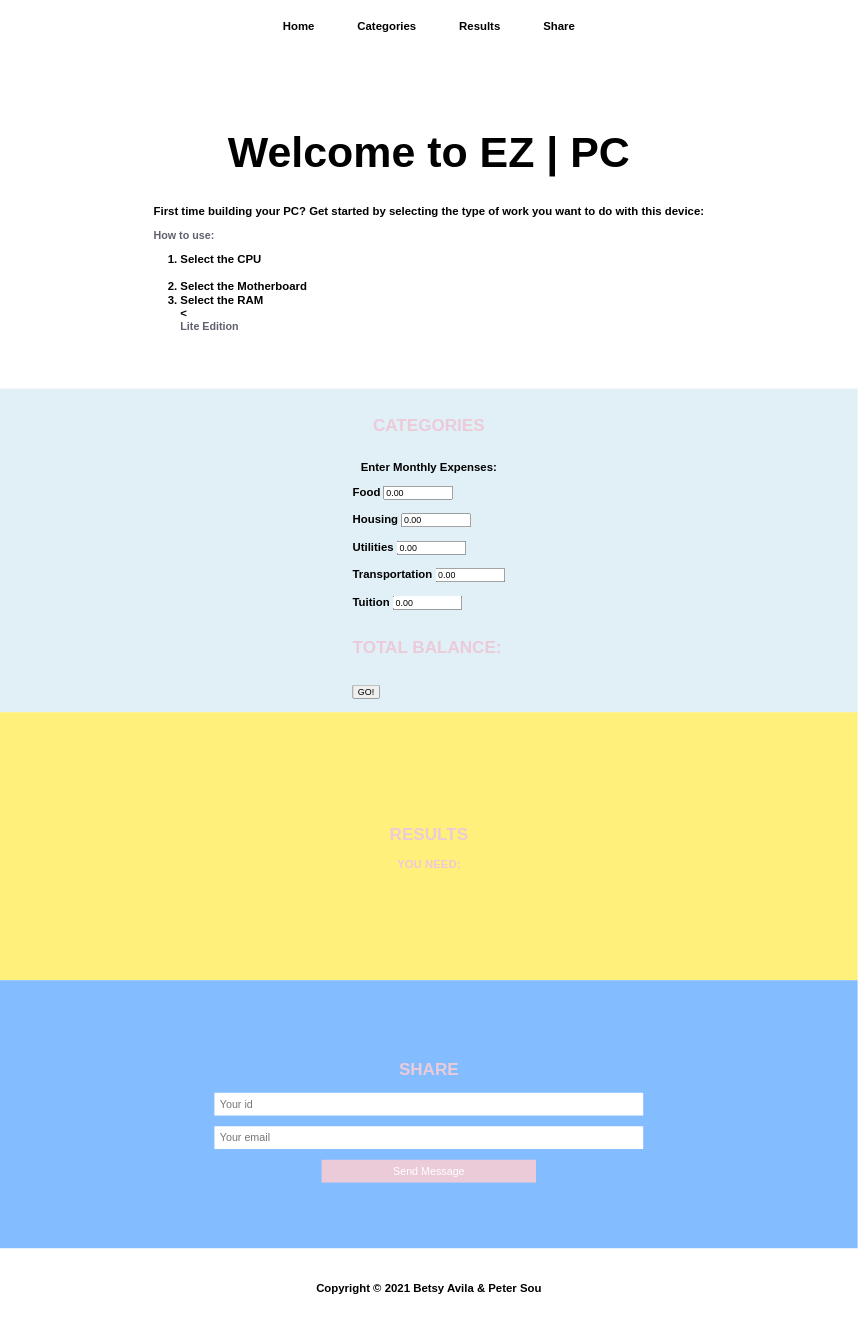
Repository: Peter-Sou/CSE-111-Project-1
Page: http://localhost/
The author's editor kept a copy of each file at every save. The page is drawn from the files as they stood at one save, then again after the next save.
The browser window is 1280 px wide. The pictures show the whole page, at 67% of full size.
Some web fonts or font styles are not loaded; a fallback is used. The page is served by the project's application, run on Django 3.2 (manage.py).

Above is the page before, as saved 2021-12-07 18:31:09.

After the next save:
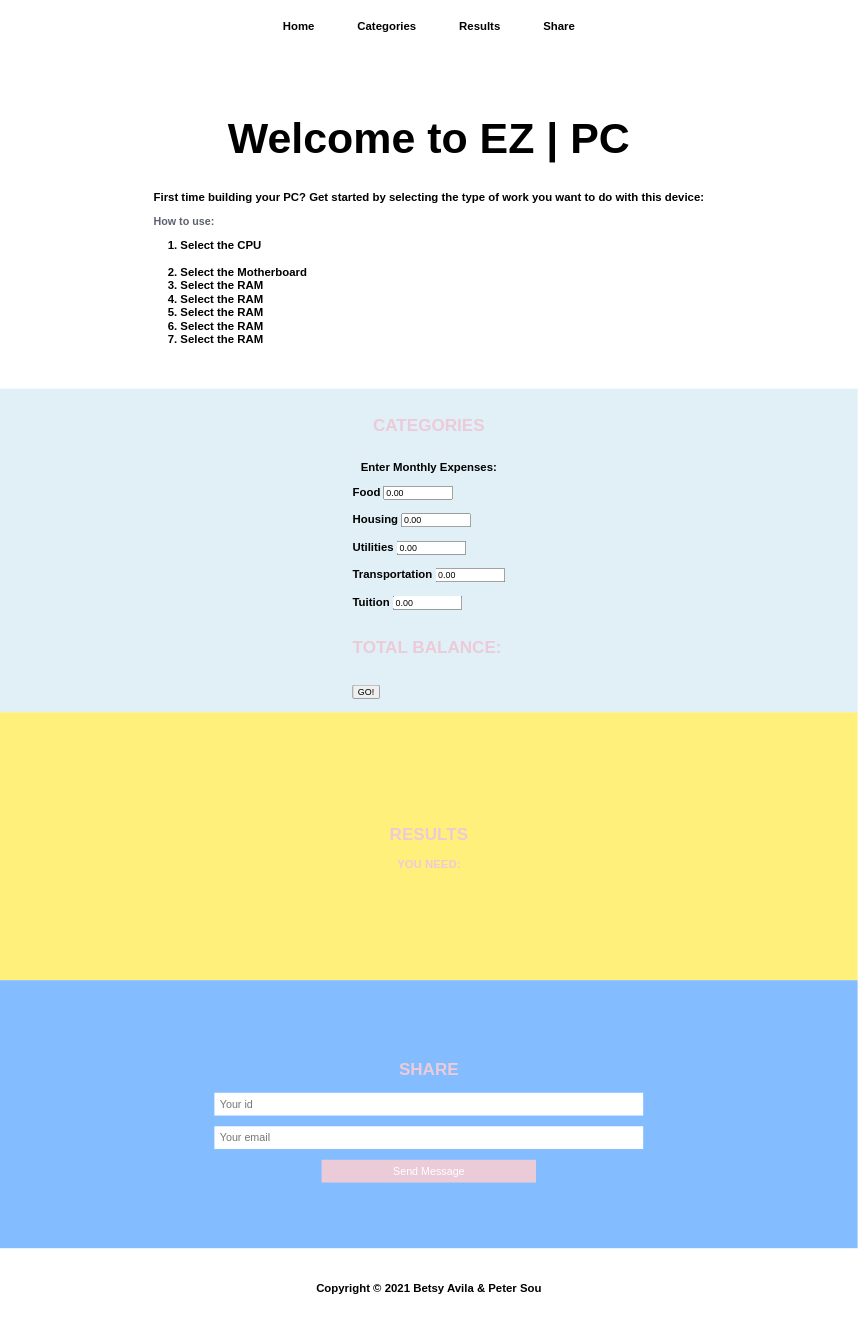
Saved 9 s later.
--- a/ezPC/EZPCAPP/templates/EZPCAPP/hi.html
+++ b/ezPC/EZPCAPP/templates/EZPCAPP/hi.html
@@ -32,7 +32,10 @@
                 <br>
                 <li>Select the Motherboard</li>
                 <li>Select the RAM</li>
-                <<h3>Lite Edition</h3>
+                <li>Select the RAM</li>
+                <li>Select the RAM</li>
+                <li>Select the RAM</li>
+                <li>Select the RAM</li>
                 </ol>
         </div>
         {% comment %} <img src="assets/profile_professional.jpg"> {% endcomment %}
